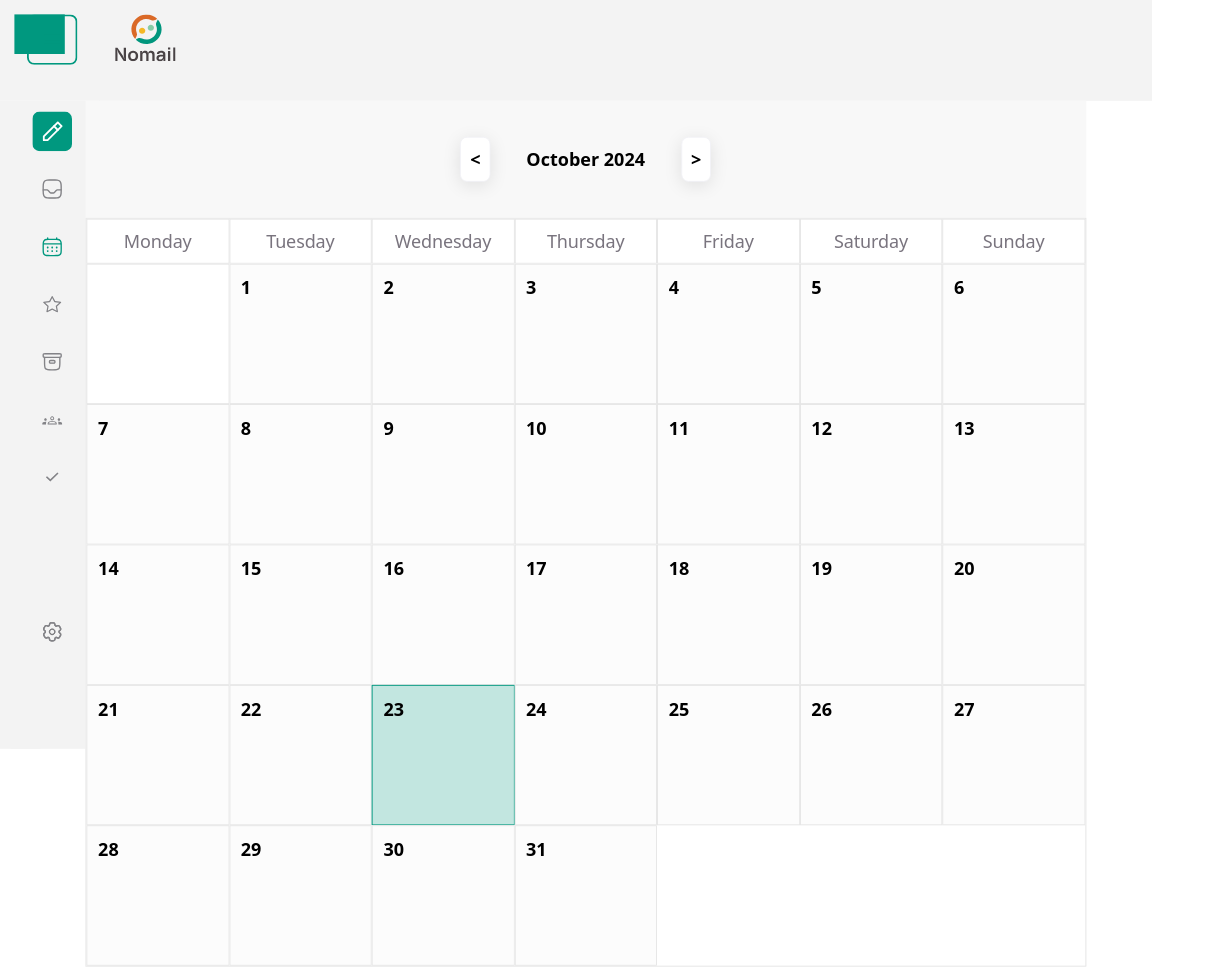
Repository: Tofigkh1/Nomail-App
Page: /calendar
An editor plug-in stored every save of this project. The page is shown before and after the next save, followed by the edit.
The browser window is 1280 px wide. The page is 1280 px wide, then 1357 px, so the pictures cover 1357 px, including what lies to the right of the window. The pictures show the whole page, at 90% of full size.
The project was rebuilt for these pictures with package versions that can differ from the ones it lists, and the page was loaded fresh each time. The framework's server and built-in components were replaced by stand-ins that run in the browser. Also part of the build but not shown: next.config.mjs, components/shared/svg/calendarSvg.jsx.

Above is the page before, as saved 2024-10-23 03:24:39.

After the next save:
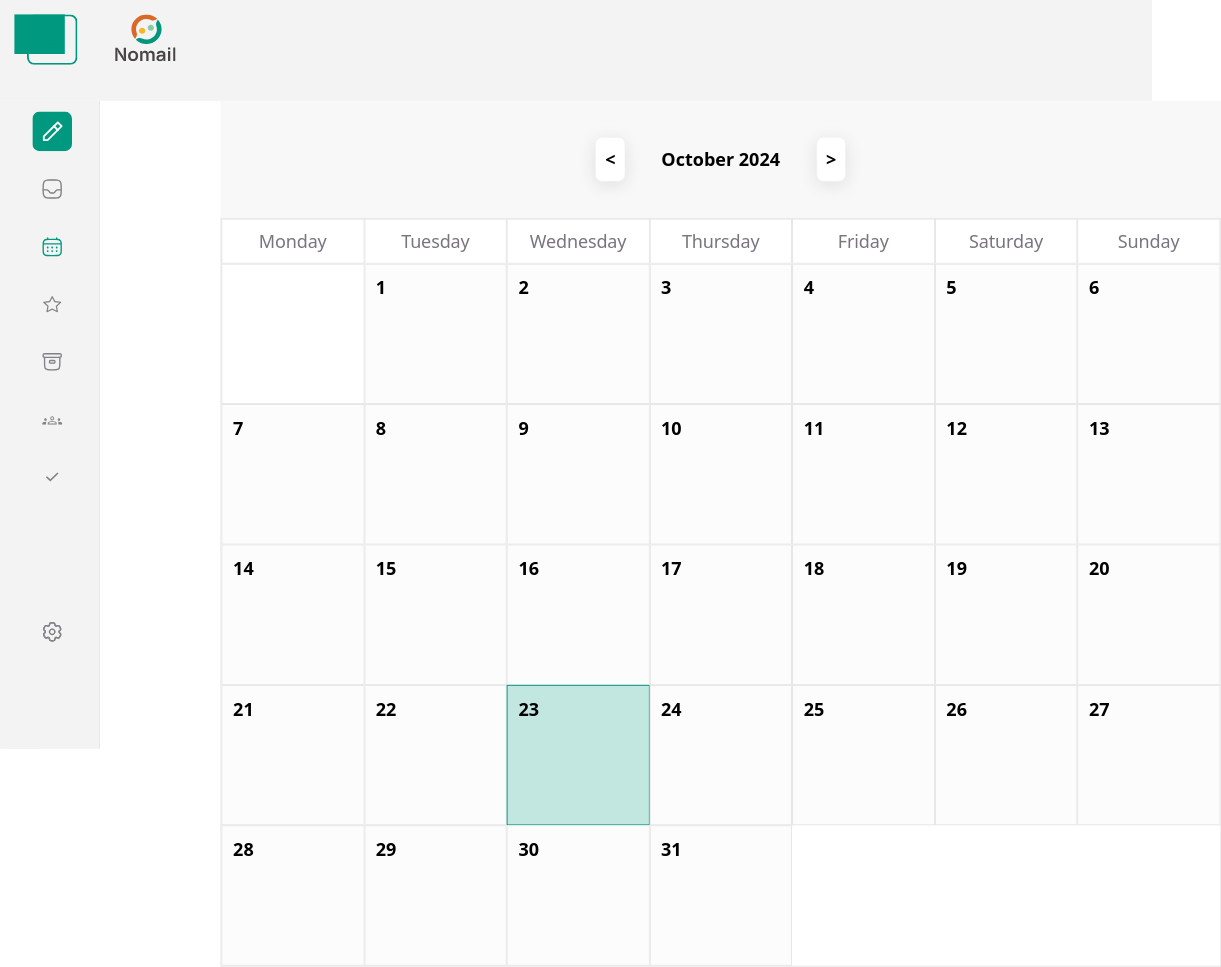
Saved 10 s later.
--- a/components/shared/client/Calendar/Calendar.css
+++ b/components/shared/client/Calendar/Calendar.css
@@ -3,7 +3,7 @@
     background-color: #f8f8f8;
     color: black;
     margin: 0 auto;
-    margin-left: 50px;
+    margin-left: 200px;
   }
 
   .calendar-header {
